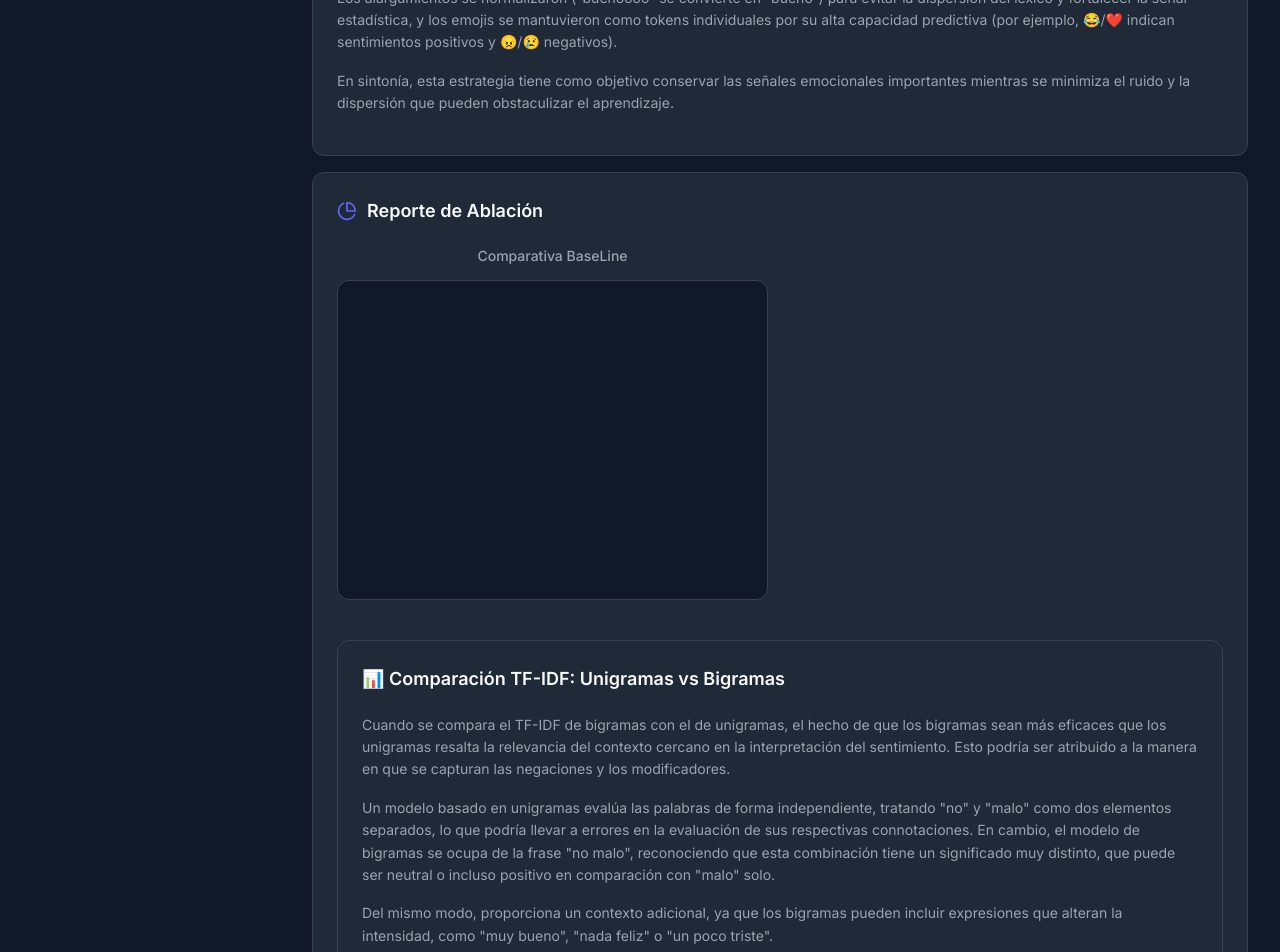
Repository: sergio285/NLP-Sentiment-analysis
Page: pagina/templates/index.html
The author's editor kept a record of every edit. The page is drawn from the files as they stood at one moment, then again after the next edit.
The browser window is 1280 px wide. The pictures show the part of the page from y = 1274 to 2226 px (the page is 2541 px tall before and 2517 px after).
A picture or video elsewhere on the page could not be fetched, so the positions and the page height are approximate. The page's requests for data from a server got no answer.

Above is the page before.

After the next edit:
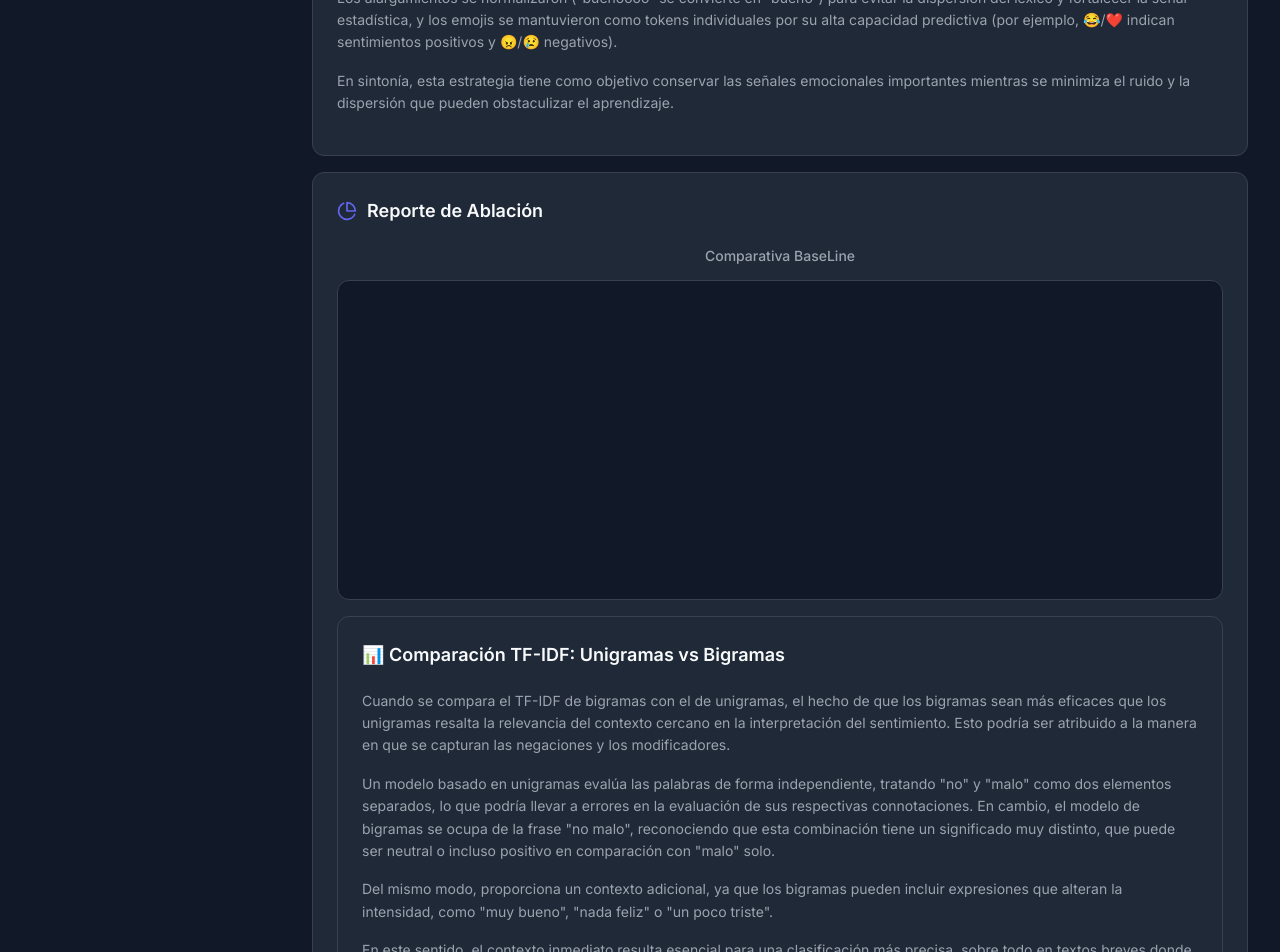
The edit:
--- a/pagina/templates/index.html
+++ b/pagina/templates/index.html
@@ -148,7 +148,6 @@
                 <svg xmlns="http://www.w3.org/2000/svg" width="20" height="20" viewBox="0 0 24 24" fill="none" stroke="currentColor" stroke-width="2" stroke-linecap="round" stroke-linejoin="round"><path d="M21.21 15.89A10 10 0 1 1 8 2.83"></path><path d="M22 12A10 10 0 0 0 12 2v10z"></path></svg>
                 Reporte de Ablación
             </h2>
-            <div class="charts-grid">
                 <div>
                     <h3 class="chart-title">Comparativa BaseLine</h3>
                     <div class="chart-container">
